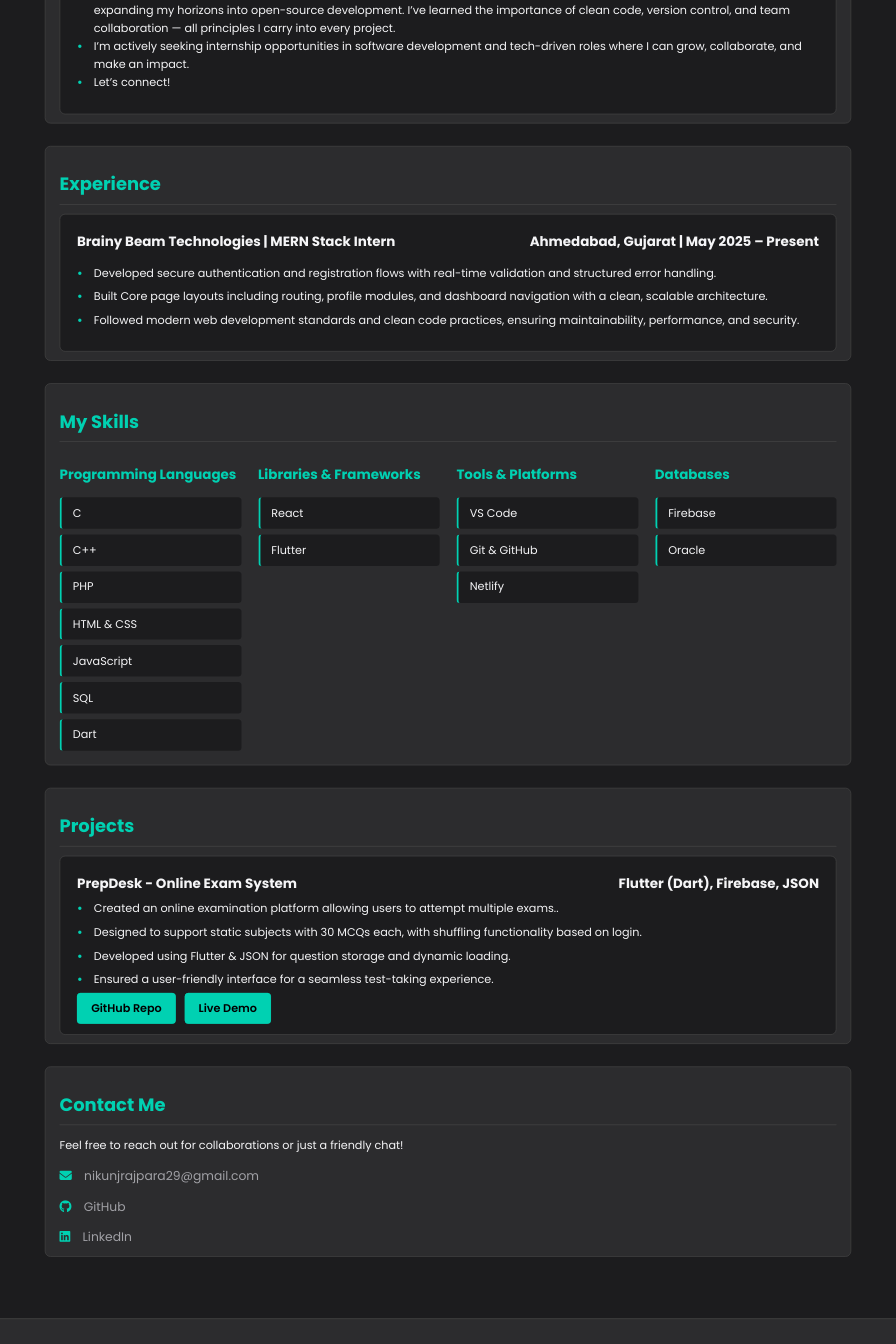
Repository: NikunjRajpara/portfolio
Page: index.html
These files come from the project's save history. The page is drawn as it stood at one moment and after the next save; the edit follows.
The browser window is 1280 px wide. The pictures show the part of the page from y = 619 to 2539 px (the page is 2608 px tall before and 3365 px after), at 70% of full size.

Above is the page before, as saved 2025-06-16 10:41:52.

### index.html
<!DOCTYPE html>
<html lang="en">
<head>
    <meta charset="UTF-8">
    <meta name="viewport" content="width=device-width, initial-scale=1.0">
    <title>Nikunj Rajpara | Personal Portfolio</title>
    <link rel="stylesheet" href="style.css">
    <link rel="preconnect" href="https://fonts.googleapis.com">
    <link rel="preconnect" href="https://fonts.gstatic.com" crossorigin>
    <link href="https://fonts.googleapis.com/css2?family=Poppins:wght@300;400;600;700&display=swap" rel="stylesheet">
    <link rel="stylesheet" href="https://cdnjs.cloudflare.com/ajax/libs/font-awesome/6.5.1/css/all.min.css">
</head>
<body>

    <!-- Header Section -->
    <header>
        <nav>
            <div class="logo">Nikunj Rajpara</div>
            <ul class="nav-links">
                <li><a href="#about">About</a></li>
                <li><a href="#experience">Experience</a></li>
                <li><a href="#skills">Skills</a></li>
                <li><a href="#projects">Projects</a></li>
                <li><a href="#contact">Contact</a></li>
            </ul>
        </nav>
    </header>

    <!-- Main Content -->
    <main>
        <!-- Hero Section -->
        <section id="hero">
            <div class="hero-content">
                <img src="https://github.com/user-attachments/assets/263757a8-381b-4890-8bf0-0c66ba8d1ebf" alt="Profile Picture of Nikunj Rajpara" class="profile-img">
                <div class="hero-text">
                    <h1>MERN Stack Developer</h1>
                    <p>A passionate developer focused on building secure, scalable, and modern web applications.</p>
                </div>
            </div>
        </section>

        <!-- About Section -->
        <section id="about">
            <h2>About Me</h2>
            <div class="About-item">
            <ul class="introduction">
                    <li>I'm a Computer Engineering student at Marwadi University, passionate about exploring how technology works and bringing ideas to life through hands-on experience. With a strong foundation, I am sharpening my skills as a Mern Stack Intern at BrainyBeam Technologies.</li>
                    <li> I thrive on turning ideas into functional, scalable solutions. With hands-on experience and a solid understanding, I am now expanding my horizons into open-source development. I’ve learned the importance of clean code, version control, and team collaboration — all principles I carry into every project.</li>
                    <li> I’m actively seeking internship opportunities in software development and tech-driven roles where I can grow, collaborate, and make an impact.</li>
                    <li>Let’s connect!</li>
                    </div>
        </section>

        <!-- Experience Section -->
        <section id="experience">
            <h2>Experience</h2>
            <div class="experience-item">
                <div class="experience-header">
                    <h3>Brainy Beam Technologies | MERN Stack Intern</h3>
                    <span class="experience-location">Ahmedabad, Gujarat | May 2025 – Present</span>
                </div>
                <ul class="experience-details">
                    <li>Developed secure authentication and registration flows with real-time validation and structured error handling.</li>
                    <li>Built Core page layouts including routing, profile modules, and dashboard navigation with a clean, scalable architecture.</li>
                    <li>Followed modern web development standards and clean code practices, ensuring maintainability, performance, and security.</li>
                </ul>
            </div>
        </section>

        <!-- Skills Section -->
        <section id="skills">
            <h2>My Skills</h2>
            <div class="skills-container">
                <div class="skill-category">
                    <h3>Programming Languages</h3>
                    <ul>
                        <li>C</li>
                        <li>C++</li>
                        <li>PHP</li>
                        <li>HTML & CSS</li>
                        <li>JavaScript</li>
                        <li>SQL</li>
                        <li>Dart</li>
                    </ul>
                </div>
                <div class="skill-category">
                    <h3>Libraries & Frameworks</h3>
                    <ul>
                        <li>React</li>
                        <li>Flutter</li>
                    </ul>
                </div>
                <div class="skill-category">
                    <h3>Tools & Platforms</h3>
                    <ul>
                        <li>VS Code</li>
                        <li>Git & GitHub</li>
                        <li>Netlify</li>
                    </ul>
                </div>
                <div class="skill-category">
                    <h3>Databases</h3>
                    <ul>
                        <li>Firebase</li>
                        <li>Oracle</li>
                    </ul>
                </div>
            </div>
        </section>

        <!-- Projects Section -->
        <section id="projects">
            <h2>Projects</h2>
            <div class="project-card">
                <div class="project-header">
                    <h3>PrepDesk - Online Exam System</h3>
                    <span class="project-tech">Flutter (Dart), Firebase, JSON</span>
                </div>
                <ul class="project-details">
                    <li>Created an online examination platform allowing users to attempt multiple exams..</li>
                    <li>Designed to support static subjects with 30 MCQs each, with shuffling functionality based on login.</li>
                    <li>Developed using Flutter & JSON for question storage and dynamic loading.</li>
                    <li>Ensured a user-friendly interface for a seamless test-taking experience.</li>
                <div class="project-links">
                    <a href="https://github.com/NikunjRajpara/prepdesk" class="btn-link">GitHub Repo</a>
                    <a href="https://prepdeskexam.netlify.app/" class="btn-link">Live Demo</a>
                </div>
            </div>
        </section>

        <!-- Contact Section -->
        <aside id="contact">
            <h2>Contact Me</h2>
            <p>Feel free to reach out for collaborations or just a friendly chat!</p>
            <div class="contact-links">
                <a href="mailto:nikunjrajpara29@gmail.com"><i class="fas fa-envelope"></i> nikunjrajpara29@gmail.com</a>
                <a href="https://github.com/NikunjRajpara"><i class="fab fa-github"></i> GitHub</a>
                <a href="https://www.linkedin.com/in/nikunj-rajpara-4628a0247/"><i class="fab fa-linkedin"></i> LinkedIn</a>
            </div>
        </aside>
    </main>

    <!-- Footer -->
    <footer>
        <p>Nikunj Rajpara.</p>
    </footer>

</body>
</html>

### style.css
/* CSS Variables for easy color changes */
:root {
    --primary-neon: #00d1b2; /* A vibrant, modern teal/neon color */
    --background-dark: #1c1c1e;
    --content-dark: #2c2c2e;
    --text-light: #f5f5f7;
    --text-muted: #a1a1a6;
    --border-color: #444;
}

/* FIX: This tells the browser to leave 80px of space at the top when scrolling to an element */
html {
    scroll-behavior: smooth;
    scroll-padding-top: 80px;
}

/* General Body Styles */
body {
    font-family: 'Poppins', sans-serif;
    margin: 0;
    padding: 0;
    background-color: var(--background-dark);
    color: var(--text-light);
    line-height: 1.6;
}

/* Header and Navigation */
header {
    background-color: var(--content-dark);
    box-shadow: 0 2px 4px rgba(0,0,0,0.3);
    padding: 1rem 5%;
    position: sticky;
    top: 0;
    z-index: 1000;
}

nav {
    display: flex;
    justify-content: space-between;
    align-items: center;
}

.logo {
    font-size: 1.5rem;
    font-weight: 700;
    color: var(--primary-neon);
    text-shadow: 0 0 5px rgba(0, 209, 178, 0.7);
}

.nav-links {
    list-style: none;
    display: flex;
    gap: 1.5rem;
    margin: 0;
    padding: 0;
}

.nav-links a {
    text-decoration: none;
    color: var(--text-muted);
    font-weight: 600;
    transition: color 0.3s ease, text-shadow 0.3s ease;
}

.nav-links a:hover {
    color: var(--primary-neon);
    text-shadow: 0 0 3px rgba(0, 209, 178, 0.5);
}

/* Main Content and Sections */
main {
    padding: 1.5rem 5%;
}

section, aside {
    margin-bottom: 2rem;
    padding: 0.75rem 1.25rem; /* Reduced top and bottom padding */
    background-color: var(--content-dark);
    border-radius: 8px;
    border: 1px solid var(--border-color);
}

h1, h2, h3 {
    color: var(--text-light);
}

h1 {
    font-size: 2.5rem;
    margin-bottom: 0.5rem;
}

h2 {
    font-size: 1.6rem;
    color: var(--primary-neon);
    margin-bottom: 0.8rem;
    border-bottom: 1px solid var(--border-color);
    padding-bottom: 0.5rem;
}

/* Hero Section */
#hero {
    background: none;
    border: none;
    text-align: center;
    padding-top: 1rem;
}

.hero-content {
    display: flex;
    flex-direction: column;
    align-items: center;
    gap: 0.5rem; /* Reduced gap */
}

.profile-img {
    width: 150px;
    height: 150px;
    border-radius: 50%;
    border: 4px solid var(--primary-neon);
    box-shadow: 0 0 25px rgba(0, 209, 178, 0.5);
}

.hero-text h1 {
    color: var(--text-light);
    font-weight: 700;
    margin: 0; /* Removed all margins */
    line-height: 1.2; /* Tightened line height */
}

.hero-text p {
    font-size: 1.1rem;
    color: var(--text-muted);
    font-weight: 300;
    margin: 0; /* Removed all margins */
}

.introduction {
    list-style: none;
    padding-left: 0;
    margin: 0;
}
.About-item {
    background: var(--background-dark);
    padding: 1.5rem;
    border-radius: 8px;
    border: 1px solid var(--border-color);
}
.introduction{
    padding-left: 1.5rem;
    position: relative;
    margin-bottom: 0.5rem;
}

.introduction li::before {
    content: '•';
    color: var(--primary-neon);
    font-weight: bold;
    display: inline-block;
    position: absolute;
    left: 0;
}

/* Experience Section */
.experience-item {
    background: var(--background-dark);
    padding: 1.5rem;
    border-radius: 8px;
    border: 1px solid var(--border-color);
}

.experience-header {
    display: flex;
    justify-content: space-between;
    align-items: baseline;
    margin-bottom: 1rem;
}

.experience-header h3 {
    margin: 0;
    font-size: 1.2rem;
    font-weight: 700;
    color: var(--text-light);
}

.experience-location {
    font-size: 1.2rem;
    color: var(--text-light);
    font-style: normal;
    font-weight: 700;
    white-space: nowrap;
    padding-left: 1rem;
}

.experience-details {
    list-style: none;
    padding-left: 0;
    margin: 0;
}

.experience-details li {
    padding-left: 1.5rem;
    position: relative;
    margin-bottom: 0.5rem;
}

.experience-details li::before {
    content: '•';
    color: var(--primary-neon);
    font-weight: bold;
    display: inline-block;
    position: absolute;
    left: 0;
}

/* Skills Section */
.skills-container {
    display: grid;
    grid-template-columns: repeat(auto-fit, minmax(220px, 1fr));
    gap: 1.5rem;
}

.skill-category h3 {
    color: var(--primary-neon);
    font-size: 1.2rem;
    margin-bottom: 1rem;
}

.skill-category ul {
    list-style: none;
    padding: 0;
    margin: 0;
}

.skill-category li {
    background-color: var(--background-dark);
    padding: 0.6rem 1rem;
    margin-bottom: 0.5rem;
    border-radius: 5px;
    border-left: 3px solid var(--primary-neon);
    transition: transform 0.2s ease, box-shadow 0.2s ease;
}

.skill-category li:hover {
    transform: translateX(5px);
    box-shadow: 0 0 10px rgba(0, 209, 178, 0.3);
}


/* Projects Section */
.project-card {
    background: var(--background-dark);
    padding: 1.5rem;
    border-radius: 8px;
    border: 1px solid var(--border-color);
}

.project-header {
    display: flex;
    justify-content: space-between;
    align-items: baseline;
    margin-bottom: 0.5rem;
}

.project-header h3 {
    margin: 0;
    font-size: 1.2rem;
    font-weight: 700;
}

.project-tech {
    font-size: 1.2rem;
    color: var(--text-light);
    font-style: normal;
    font-weight: 700;
    white-space: nowrap;
    padding-left: 1rem;
}

.project-details {
    list-style: none;
    padding-left: 0;
    margin: 0;
}

.project-details li {
    padding-left: 1.5rem;
    position: relative;
    margin-bottom: 0.5rem;
}

.project-details li::before {
    content: '•';
    color: var(--primary-neon);
    font-weight: bold;
    display: inline-block;
    position: absolute;
    left: 0;
}

.project-links {
    margin-top: 1rem;
}

.btn-link {
    text-decoration: none;
    background-color: var(--primary-neon);
    color: #000;
    padding: 0.6rem 1.2rem;
    border-radius: 5px;
    font-weight: 600;
    transition: background-color 0.3s ease, box-shadow 0.3s ease;
    margin-right: 0.5rem;
    border: 1px solid var(--primary-neon);
}

.btn-link:hover {
    background-color: transparent;
    color: var(--primary-neon);
    box-shadow: 0 0 15px rgba(0, 209, 178, 0.6);
}

/* Contact Section */
#contact .contact-links {
    display: flex;
    flex-direction: column;
    gap: 1rem;
}

#contact .contact-links a {
    text-decoration: none;
    color: var(--text-muted);
    font-size: 1.1rem;
    transition: color 0.3s ease;
}

#contact .contact-links a:hover {
    color: var(--primary-neon);
}

#contact .contact-links i {
    margin-right: 0.8rem;
    color: var(--primary-neon);
}

/* Footer */
footer {
    text-align: center;
    padding: 1.5rem 5%;
    background-color: var(--content-dark);
    color: var(--text-muted);
    margin-top: 2rem;
    border-top: 1px solid var(--border-color);
}

/* Responsive Design */
@media (max-width: 768px) {
    nav {
        flex-direction: column;
        gap: 1rem;
    }

    .nav-links {
        flex-wrap: wrap;
        justify-content: center;
        gap: 0.5rem 1rem;
    }

    h1 {
        font-size: 2rem;
    }

    h2 {
        font-size: 1.5rem; /* Adjusted for mobile */
    }

    main {
        padding: 1.5rem 3%;
    }

    .skills-container {
        grid-template-columns: 1fr;
    }

    .experience-header,
    .project-header {
       flex-direction: column;
       align-items: flex-start;
       gap: 0.25rem;
    }
}

After the next save:
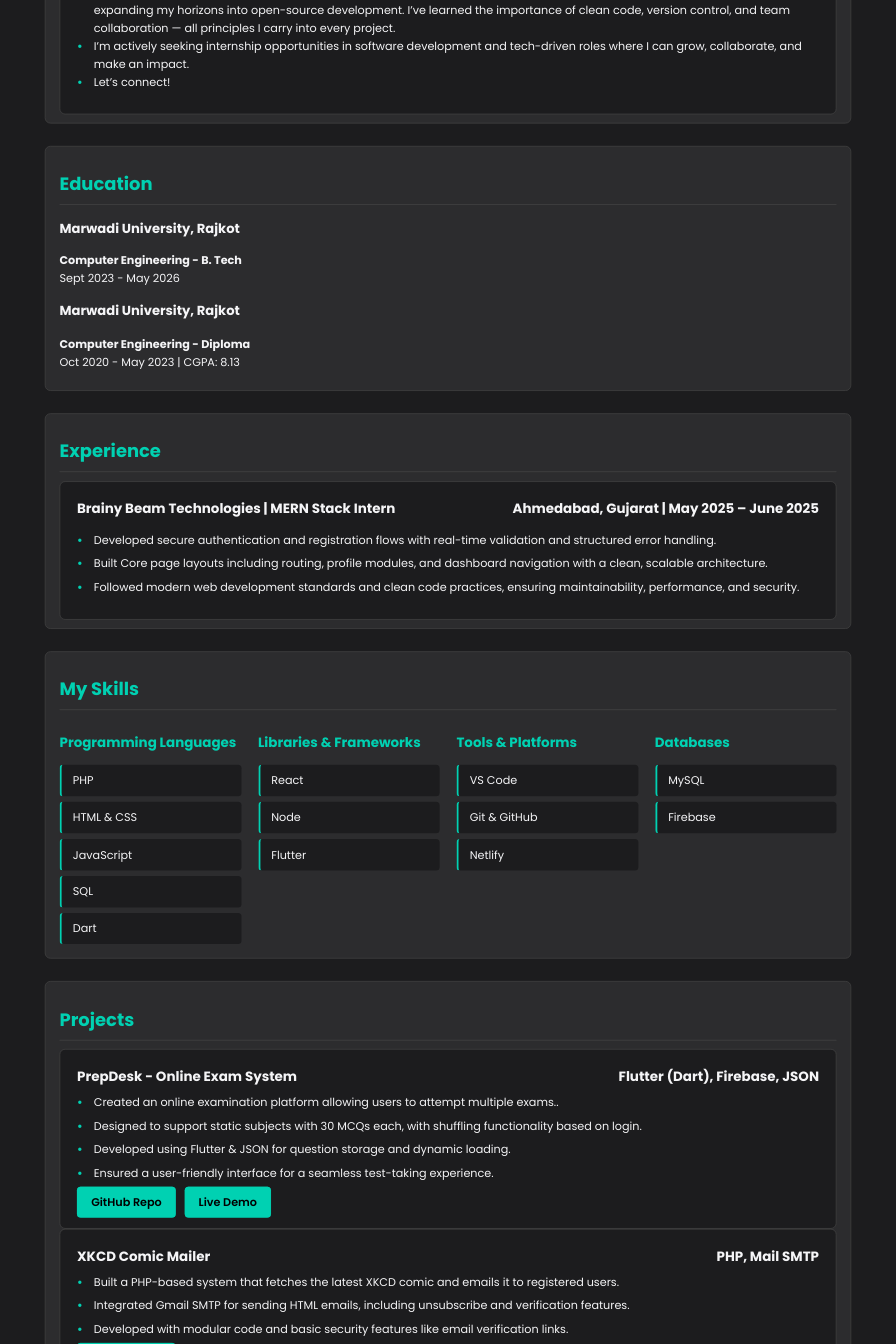
Saved 37 days later.
--- a/index.html
+++ b/index.html
@@ -51,13 +51,26 @@
                     </div>
         </section>
 
+        <!-- Education Section -->
+<section id="education">
+  <h2>Education</h2>
+  <div class="education-item">
+    <h3>Marwadi University, Rajkot</h3>
+    <p><strong>Computer Engineering - B. Tech</strong><br>Sept 2023 - May 2026</p>
+  </div>
+  <div class="education-item">
+    <h3>Marwadi University, Rajkot</h3>
+    <p><strong>Computer Engineering - Diploma</strong><br>Oct 2020 - May 2023 | CGPA: 8.13</p>
+  </div>
+</section>
+
         <!-- Experience Section -->
         <section id="experience">
             <h2>Experience</h2>
             <div class="experience-item">
                 <div class="experience-header">
                     <h3>Brainy Beam Technologies | MERN Stack Intern</h3>
-                    <span class="experience-location">Ahmedabad, Gujarat | May 2025 – Present</span>
+                    <span class="experience-location">Ahmedabad, Gujarat | May 2025 – June 2025</span>
                 </div>
                 <ul class="experience-details">
                     <li>Developed secure authentication and registration flows with real-time validation and structured error handling.</li>
@@ -74,8 +87,6 @@
                 <div class="skill-category">
                     <h3>Programming Languages</h3>
                     <ul>
-                        <li>C</li>
-                        <li>C++</li>
                         <li>PHP</li>
                         <li>HTML & CSS</li>
                         <li>JavaScript</li>
@@ -87,6 +98,7 @@
                     <h3>Libraries & Frameworks</h3>
                     <ul>
                         <li>React</li>
+                        <li>Node</li>
                         <li>Flutter</li>
                     </ul>
                 </div>
@@ -101,8 +113,8 @@
                 <div class="skill-category">
                     <h3>Databases</h3>
                     <ul>
+                        <li>MySQL</li>
                         <li>Firebase</li>
-                        <li>Oracle</li>
                     </ul>
                 </div>
             </div>
@@ -126,6 +138,38 @@
                     <a href="https://prepdeskexam.netlify.app/" class="btn-link">Live Demo</a>
                 </div>
             </div>
+
+            <div class="project-card">
+  <div class="project-header">
+    <h3>XKCD Comic Mailer</h3>
+    <span class="project-tech">PHP, Mail SMTP</span>
+  </div>
+  <ul class="project-details">
+    <li>Built a PHP-based system that fetches the latest XKCD comic and emails it to registered users.</li>
+    <li>Integrated Gmail SMTP for sending HTML emails, including unsubscribe and verification features.</li>
+    <li>Developed with modular code and basic security features like email verification links.</li>
+  </ul>
+  <div class="project-links">
+    <a href="https://github.com/NikunjRajpara/XKCD-Comic" class="btn-link">GitHub Repo</a>
+  </div>
+</div>
+
+<div class="project-card">
+  <div class="project-header">
+    <h3>My Meds – Online Pharmacy Store</h3>
+    <span class="project-tech">WordPress, WooCommerce, Elementor</span>
+  </div>
+  <ul class="project-details">
+    <li>Built a feature-rich e-commerce site with login, cart, wishlist, product filters, and order tracking.</li>
+    <li>Configured preloaders, variation swatches, and speed optimization using LiteSpeed Cache.</li>
+    <li>Focused on UI/UX with Woostify theme and responsive design.</li>
+    <li>Used WooCommerce, Elementor, and plugins like Contact Form 7 and TI Wishlist for core functionality.</li>
+  </ul>
+  <div class="project-links">
+    <a href="https://mymeds.42web.io/" class="btn-link">Live Demo</a>
+  </div>
+</div>
+
         </section>
 
         <!-- Contact Section -->
